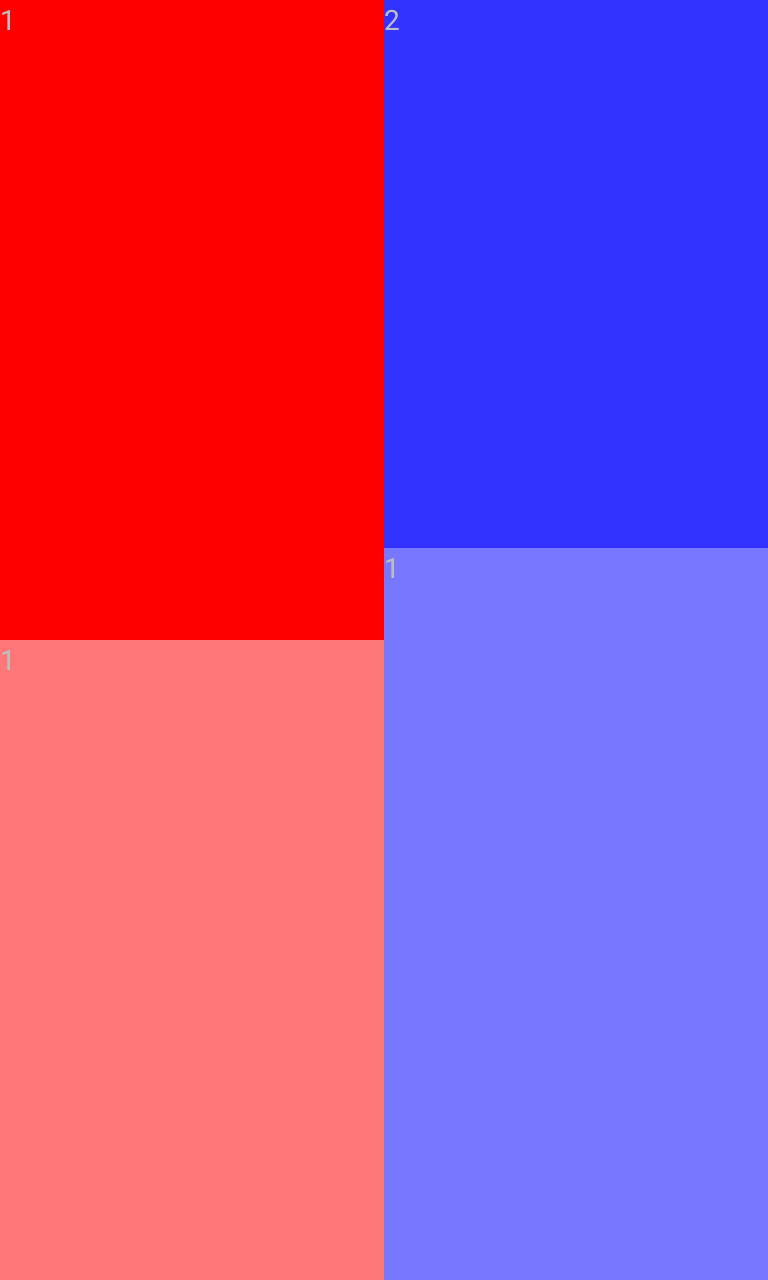
Repository: PVoLan/TestWeight
Layout: WS/Test.Weight/res/layout/main.xml
The author's editor kept a copy of each file at every save. The layout is drawn from the files as they stood at one save, then again after the next save.
It is drawn on a 768 x 1280 px phone screen (xhdpi) without system bars, with theme android:Theme; the app's code is not run.

Above is the layout before, as saved 2012-02-27 19:43:24.

### WS/Test.Weight/res/layout/main.xml
<?xml version="1.0" encoding="utf-8"?>
<LinearLayout xmlns:android="http://schemas.android.com/apk/res/android"
    android:layout_width="fill_parent"
    android:layout_height="fill_parent"
 >

    <LinearLayout
    android:layout_width="fill_parent"
    android:layout_height="fill_parent"
    android:layout_weight="1"
    android:orientation="vertical"
	 >

        <TextView
            android:layout_width="fill_parent"
		    android:layout_height="fill_parent"
		    android:layout_weight="1"
		    android:text="1"
		    android:background="#f00"
            />

        <TextView
            android:layout_width="fill_parent"
		    android:layout_height="fill_parent"
		    android:layout_weight="2"
		    android:text="2"
		    android:background="#f33"
            />

        <TextView
            android:layout_width="fill_parent"
		    android:layout_height="fill_parent"
		    android:layout_weight="1"
		    android:text="1"
		    android:background="#f77"
            />


	</LinearLayout>


    <LinearLayout
    android:layout_width="fill_parent"
    android:layout_height="fill_parent"
    android:layout_weight="1"
    android:orientation="vertical"
	 >

        <TextView
            android:layout_width="fill_parent"
		    android:layout_height="fill_parent"
		    android:layout_weight="4"
		    android:text="4"
		    android:background="#00f"
            />

        <TextView
            android:layout_width="fill_parent"
		    android:layout_height="fill_parent"
		    android:layout_weight="2"
		    android:text="2"
		    android:background="#33f"
            />

        <TextView
            android:layout_width="fill_parent"
		    android:layout_height="fill_parent"
		    android:layout_weight="1"
		    android:text="1"
		    android:background="#77f"
            />

	</LinearLayout>


    <LinearLayout
    android:layout_width="fill_parent"
    android:layout_height="fill_parent"
    android:layout_weight="2"
    android:orientation="vertical"
	 >


         <TextView
            android:layout_width="fill_parent"
		    android:layout_height="fill_parent"
		    android:layout_weight="0.5"
		    android:text="0.5"
		    android:background="#080"
            />

        <TextView
            android:layout_width="fill_parent"
		    android:layout_height="fill_parent"
		    android:layout_weight="0.7"
		    android:text="0.7"
		    android:background="#0a0"
            />

        <TextView
            android:layout_width="fill_parent"
		    android:layout_height="fill_parent"
		    android:layout_weight="0.9"
		    android:text="0.9"
		    android:background="#0f0"
            />

	</LinearLayout>

</LinearLayout>

After the next save:
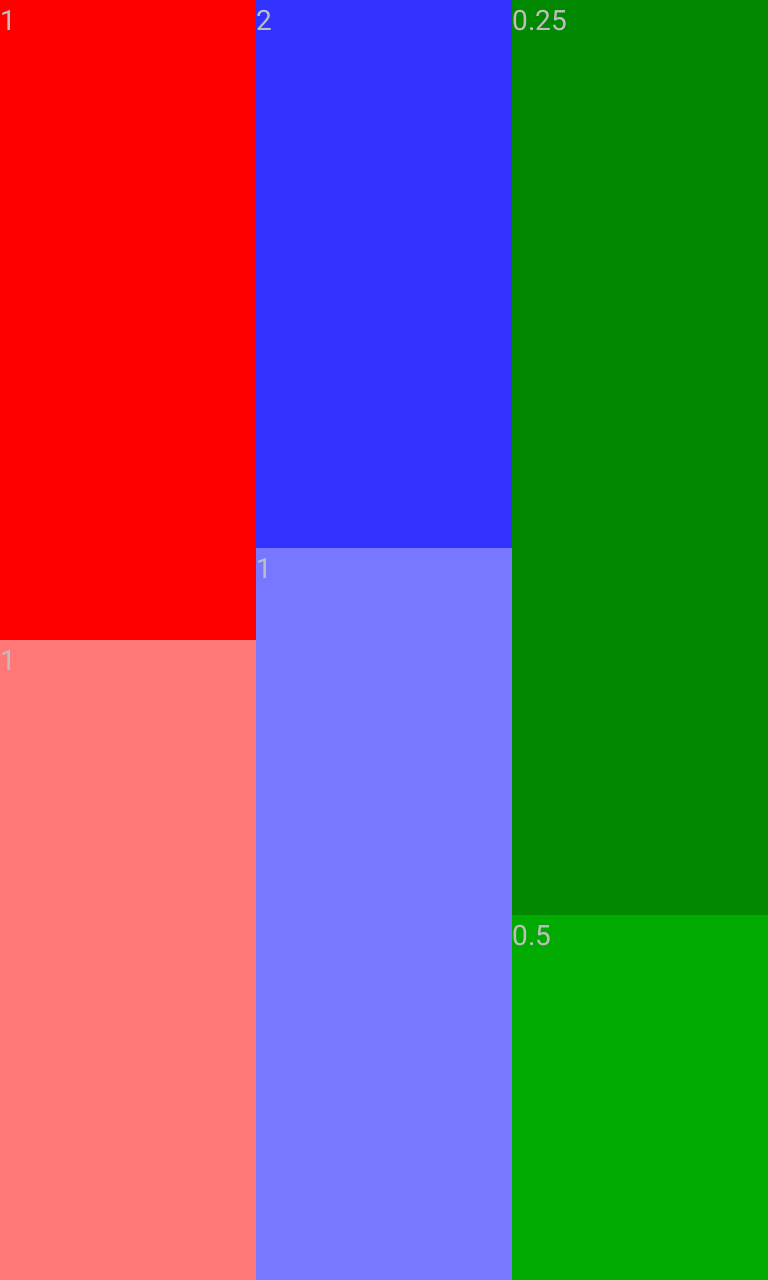
Saved 56 s later.
--- a/WS/Test.Weight/res/layout/main.xml
+++ b/WS/Test.Weight/res/layout/main.xml
@@ -76,7 +76,7 @@
     <LinearLayout
     android:layout_width="fill_parent"
     android:layout_height="fill_parent"
-    android:layout_weight="2"
+    android:layout_weight="1"
     android:orientation="vertical"
 	 >
 
@@ -84,24 +84,24 @@
          <TextView
             android:layout_width="fill_parent"
 		    android:layout_height="fill_parent"
-		    android:layout_weight="0.5"
-		    android:text="0.5"
+		    android:layout_weight="0.25"
+		    android:text="0.25"
 		    android:background="#080"
             />
 
         <TextView
             android:layout_width="fill_parent"
 		    android:layout_height="fill_parent"
-		    android:layout_weight="0.7"
-		    android:text="0.7"
+		    android:layout_weight="0.5"
+		    android:text="0.5"
 		    android:background="#0a0"
             />
 
         <TextView
             android:layout_width="fill_parent"
 		    android:layout_height="fill_parent"
-		    android:layout_weight="0.9"
-		    android:text="0.9"
+		    android:layout_weight="1"
+		    android:text="1"
 		    android:background="#0f0"
             />
 
